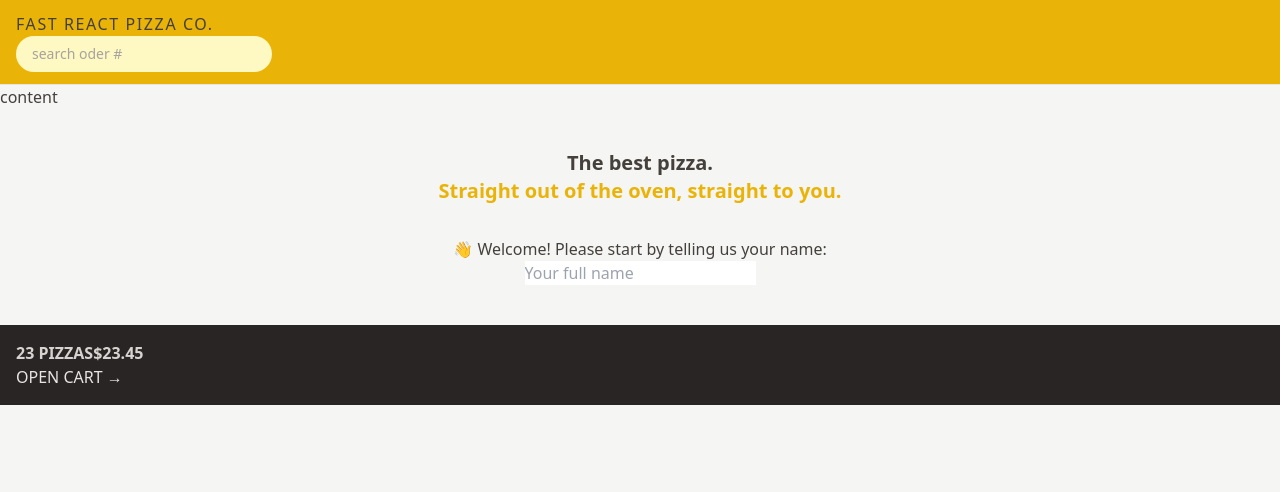
Repository: ayakhaled0001/pizza-delivery
Page: /
These files come from the project's save history. The page is drawn as it stood at one moment and after the next save; the edit follows.
The browser window is 1280 px wide. The pictures show the whole page.
The project was rebuilt for these pictures with package versions that can differ from the ones it lists, and the page was loaded fresh each time. Also part of the build but not shown: vite.config.js, src/services/apiRestaurant.jsx, src/utilities/helpers.jsx, src/features/menu/MenuItem.jsx, src/features/menu/Menu.jsx, src/features/cart/Cart.jsx, src/features/order/Order.jsx, src/ui/Loader.jsx and 1 more. Imported but missing from the stored project, and not drawn on this page: src/features/order/CreateOrder.

Above is the page before, as saved 2025-05-01 02:38:53.

After the next save:
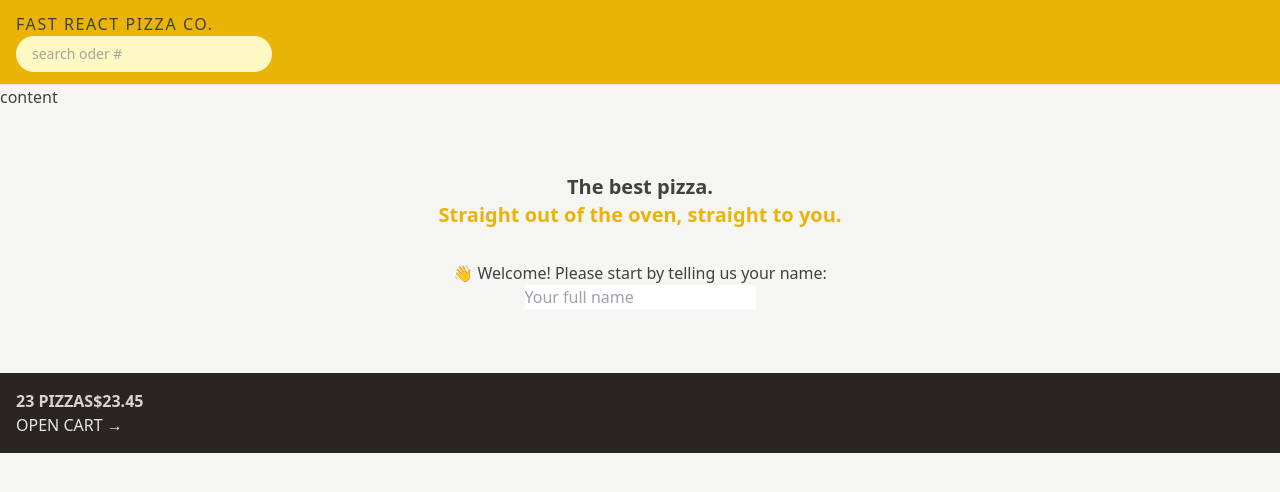
Saved 3 min 29 s later.
--- a/src/ui/Home.jsx
+++ b/src/ui/Home.jsx
@@ -1,7 +1,7 @@
 import CreateUser from "../features/user/CreateUser";
 function Home() {
   return (
-    <div className="my-10 text-center">
+    <div className="my-10 text-center sm:my-16">
       <h1 className=" mb-8 text-xl  font-semibold ">
         The best pizza.
         <br />
